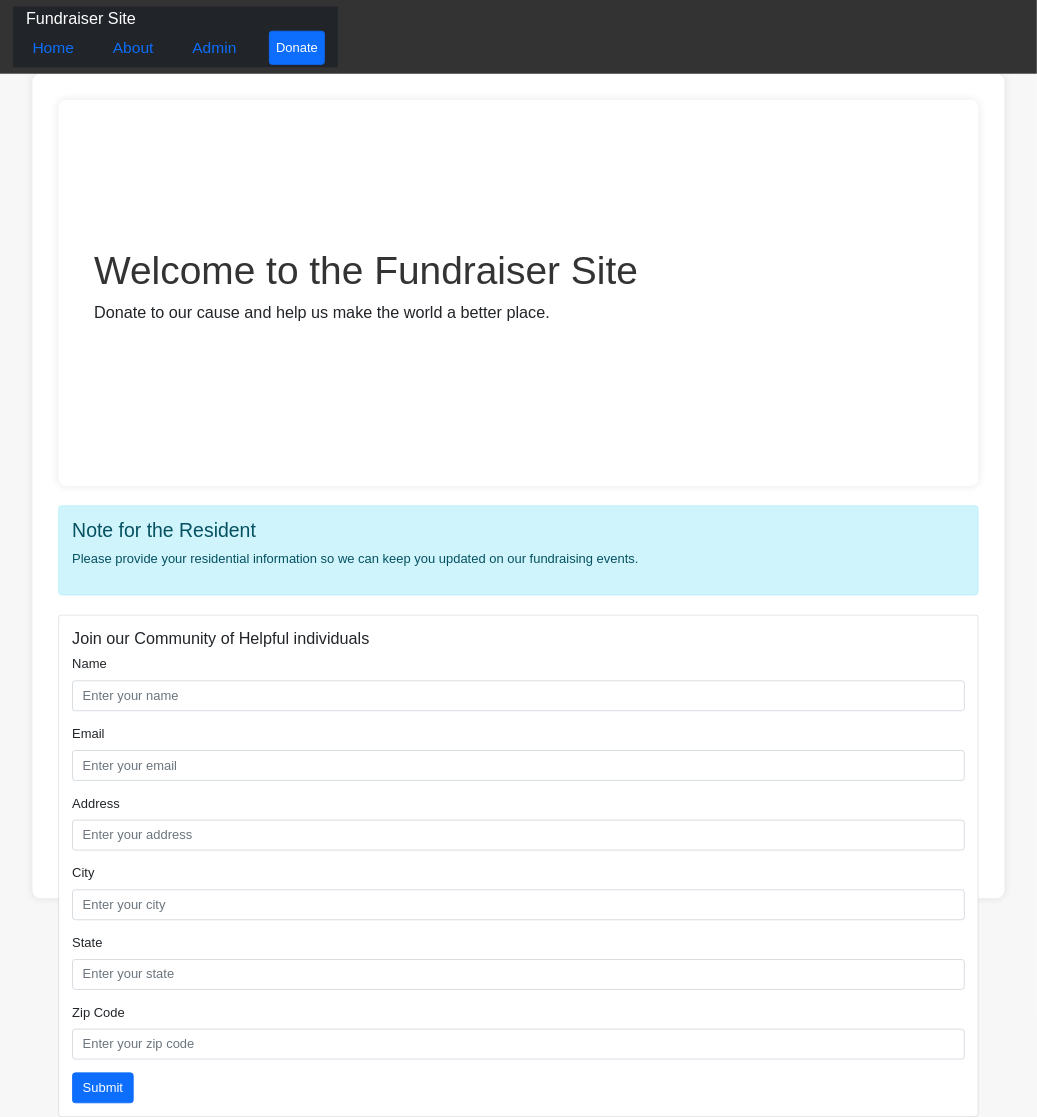
Repository: DragonFruit8/Fundraiser-Page
Page: /
These files come from the project's save history. The page is drawn as it stood at one moment and after a run of saves; the edit follows.
The browser window is 1280 px wide. The pictures show the whole page, at 81% of full size.
The project was rebuilt for these pictures with package versions that can differ from the ones it lists, and the page was loaded fresh each time. Also part of the build but not shown: src/pages/About.js, src/pages/Donate.js, src/pages/Admin.js.

Above is the page before, as saved 2024-07-19 14:09:21.

### public/index.html
<!DOCTYPE html>
<html lang="en">
  <head>
    <meta charset="utf-8" />
    <link rel="icon" href="%PUBLIC_URL%/favicon.ico" />
    <meta name="viewport" content="width=device-width, initial-scale=1" />
    <meta name="theme-color" content="#000000" />
    <meta
      name="description"
      content="Web site created using create-react-app"
    />
    <link rel="apple-touch-icon" href="%PUBLIC_URL%/logo192.png" />
    <link
      href="https://cdn.jsdelivr.net/npm/bootstrap@5.0.2/dist/css/bootstrap.min.css"
      rel="stylesheet"
      integrity="sha384-EVSTQN3/azprG1Anm3QDgpJLIm9Nao0Yz1ztcQTwFspd3yD65VohhpuuCOmLASjC"
      crossorigin="anonymous"
    />
    <!--
      manifest.json provides metadata used when your web app is installed on a
      user's mobile device or desktop. See https://developers.google.com/web/fundamentals/web-app-manifest/
    -->
    <link rel="manifest" href="%PUBLIC_URL%/manifest.json" />
    <!--
      Notice the use of %PUBLIC_URL% in the tags above.
      It will be replaced with the URL of the `public` folder during the build.
      Only files inside the `public` folder can be referenced from the HTML.

      Unlike "/favicon.ico" or "favicon.ico", "%PUBLIC_URL%/favicon.ico" will
      work correctly both with client-side routing and a non-root public URL.
      Learn how to configure a non-root public URL by running `npm run build`.
    -->
    <title>React App</title>
  </head>
  <body>
    <noscript>You need to enable JavaScript to run this app.</noscript>
    <div id="root"></div>
    <!--
      This HTML file is a template.
      If you open it directly in the browser, you will see an empty page.

      You can add webfonts, meta tags, or analytics to this file.
      The build step will place the bundled scripts into the <body> tag.

      To begin the development, run `npm start` or `yarn start`.
      To create a production bundle, use `npm run build` or `yarn build`.
    -->
    <script
      src="https://cdn.jsdelivr.net/npm/bootstrap@5.0.2/dist/js/bootstrap.bundle.min.js"
      integrity="sha384-MrcW6ZMFYlzcLA8Nl+NtUVF0sA7MsXsP1UyJoMp4YLEuNSfAP+JcXn/tWtIaxVXM"
      crossorigin="anonymous"
    ></script>
    <script
      src="https://cdn.jsdelivr.net/npm/@popperjs/core@2.9.2/dist/umd/popper.min.js"
      integrity="sha384-IQsoLXl5PILFhosVNubq5LC7Qb9DXgDA9i+tQ8Zj3iwWAwPtgFTxbJ8NT4GN1R8p"
      crossorigin="anonymous"
    ></script>
    <script
      src="https://cdn.jsdelivr.net/npm/bootstrap@5.0.2/dist/js/bootstrap.min.js"
      integrity="sha384-cVKIPhGWiC2Al4u+LWgxfKTRIcfu0JTxR+EQDz/bgldoEyl4H0zUF0QKbrJ0EcQF"
      crossorigin="anonymous"
    ></script>
  </body>
</html>

### src/App.js
import React from 'react';
import { BrowserRouter as Router, Route, Routes } from 'react-router-dom';
import Home from './pages/HomeContainer';
import About from './pages/About';
import Donate from './pages/Donate';
import Admin from './pages/Admin';
import GlobalStyle from './globalStyles';
import Navbar from './components/Navbar';

const App = () => {
  return (
    <Router>
      <GlobalStyle />
        <Navbar />
      <Routes>
          <Route exact path="/" element={<Home />} />
          <Route path="/about" element={<About />} />
          <Route path="/donate" element={<Donate />} />
          <Route path="/admin" element={<Admin />} />
      </Routes>
    </Router>
  );
};

export default App;

### src/pages/HomeContainer.js

import React, { useState } from 'react';


const HomeContainer = () => {
    const [residentialInfo, setResidentialInfo] = useState({
        name: '',
        email: '',
        address: '',
        city: '',
        state: '',
        zipCode: ''
    });

    const handleChange = (e) => {
        setResidentialInfo({
            ...residentialInfo,
            [e.target.name]: e.target.value
        });
    };

    const handleSubmit = (e) => {
        e.preventDefault();
        // Send residentialInfo to the association for neighbors
        console.log(residentialInfo);
        // Reset the form
        setResidentialInfo({
            name: '',
            email: '',
            address: '',
            city: '',
            state: '',
            zipCode: ''
        });
    };

    return (
        <section className="container">
            <div className="row justify-content-center">
                <div className="col">
                    <div className="d-flex container row h-50 justify-content-center align-items-center">
                        <div className="col">
                            <h1 className="display-5">Welcome to the Fundraiser Site</h1>
                            <p className="lead">Donate to our cause and help us make the world a better place.</p>
                        </div>
                    </div>
                    {/* A note for the resident */}
                    <div className="alert alert-info mt-4" role="alert">
                        <h4 className="alert-heading">Note for the Resident</h4>
                        <p>
                            Please provide your residential information so we can keep you updated on our fundraising events.
                        </p>
                    </div>
                    <div className="card mt-4">
                        <div className="card-body">
                            <h5 className="card-title">Join our Community of Helpful individuals</h5>
                            <form onSubmit={handleSubmit}>
                                <div className="mb-3">
                                    <label htmlFor="name" className="form-label">Name</label>
                                    <input type="text" className="form-control" id="name" placeholder="Enter your name" />
                                </div>
                                <div className="mb-3">
                                    <label htmlFor="email" className="form-label">Email</label>
                                    <input type="email" className="form-control" id="email" placeholder="Enter your email" />
                                </div>
                                <div className="mb-3">
                                    <label htmlFor="address" className="form-label">Address</label>
                                    <input type="text" className="form-control" id="address" name="address" value={residentialInfo.address} onChange={handleChange} placeholder="Enter your address" />
                                </div>
                                <div className="mb-3">
                                    <label htmlFor="city" className="form-label">City</label>
                                    <input type="text" className="form-control" id="city" name="city" value={residentialInfo.city} onChange={handleChange} placeholder="Enter your city" />
                                </div>
                                <div className="mb-3">
                                    <label htmlFor="state" className="form-label">State</label>
                                    <input type="text" className="form-control" id="state" name="state" value={residentialInfo.state} onChange={handleChange} placeholder="Enter your state" />
                                </div>
                                <div className="mb-3">
                                    <label htmlFor="zipCode" className="form-label">Zip Code</label>
                                    <input type="text" className="form-control" id="zipCode" name="zipCode" value={residentialInfo.zipCode} onChange={handleChange} placeholder="Enter your zip code" />
                                </div>
                                <button type="submit" className="btn btn-primary">Submit</button>
                            </form>
                        </div>
                    </div>
                </div>
            </div>
        </section>
    );
    };


export default HomeContainer;

### src/globalStyles.js
import { createGlobalStyle } from 'styled-components';

const GlobalStyle = createGlobalStyle`
  body {
    margin: 0;
    padding: 0;
    font-family: 'Arial', sans-serif;
    background-color: #f7f7f7;
  }

  nav {
    background-color: #333;
    padding: 1rem;
    display: flex;
    justify-content: center;
  }

  nav a {
    color: #fff;
    margin: 0 1rem;
    text-decoration: none;
    font-size: 1.2rem;
  }

  nav a:hover {
    text-decoration: underline;
  }

  .container {
    max-width: 1200px;
    margin: 0 auto;
    padding: 2rem;
    background-color: #fff;
    box-shadow: 0 0 10px rgba(0, 0, 0, 0.1);
    border-radius: 10px;
  }

  h1 {
    color: #333;
  }

  button {
    background-color: #007BFF;
    color: #fff;
    border: none;
    padding: 0.5rem 1rem;
    font-size: 1rem;
    border-radius: 5px;
    cursor: pointer;
  }

  button:hover {
    background-color: #0056b3;
  }

  input {
    padding: 0.5rem;
    font-size: 1rem;
    margin-right: 0.5rem;
    border-radius: 5px;
    border: 1px solid #ccc;
  }
`;

export default GlobalStyle;

### src/components/Navbar.js
import React from 'react';
import { Link } from 'react-router-dom';

const Navbar = () => {
    return (
        <nav className="navbar navbar-expand-lg">
            <div className="bg-dark">
                <Link className="navbar-brand" to="/">Fundraiser Site</Link>
                <button className="navbar-toggler" type="button" data-bs-toggle="collapse" data-bs-target="#navbarNav" aria-controls="navbarNav" aria-expanded="false" aria-label="Toggle navigation">
                    <span className="navbar-toggler-icon"></span>
                </button>
                <div className="collapse navbar-collapse" id="navbarNav">
                    <ul className="navbar-nav ms-auto">
                        <li className="nav-item">
                            <Link className="nav-link" to="/">Home</Link>
                        </li>
                        <li className="nav-item">
                            <Link className="nav-link" to="/about">About</Link>
                        </li>
                        <li className="nav-item">
                            <Link className="nav-link" to="/admin">Admin</Link>
                        </li>
                        <li className="nav-item">
                            <Link className="nav-link btn btn-primary text-white" to="/donate">Donate</Link>
                        </li>
                    </ul>
                </div>
            </div>
        </nav>
    );
}

export default Navbar;

Loaded but not shown: src/index.js (common file); src/index.css (common file)

After the next 2 saves:
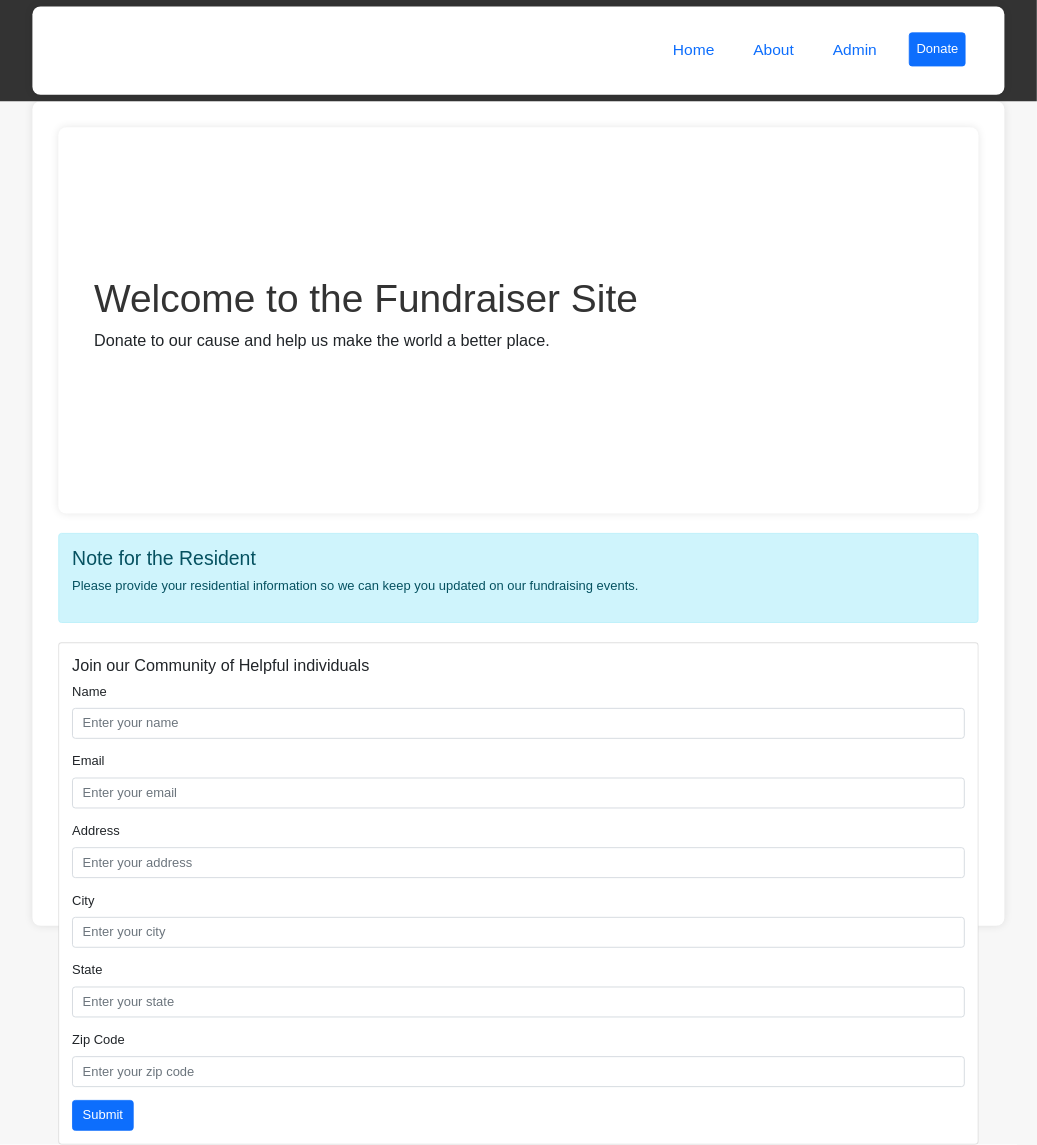
The 2 saves are shown as one change because they came seconds apart.
The last was saved 8 s later.
--- a/src/components/Navbar.js
+++ b/src/components/Navbar.js
@@ -4,7 +4,7 @@ import { Link } from 'react-router-dom';
 const Navbar = () => {
     return (
         <nav className="navbar navbar-expand-lg">
-            <div className="bg-dark">
+            <div className="container">
                 <Link className="navbar-brand" to="/">Fundraiser Site</Link>
                 <button className="navbar-toggler" type="button" data-bs-toggle="collapse" data-bs-target="#navbarNav" aria-controls="navbarNav" aria-expanded="false" aria-label="Toggle navigation">
                     <span className="navbar-toggler-icon"></span>
